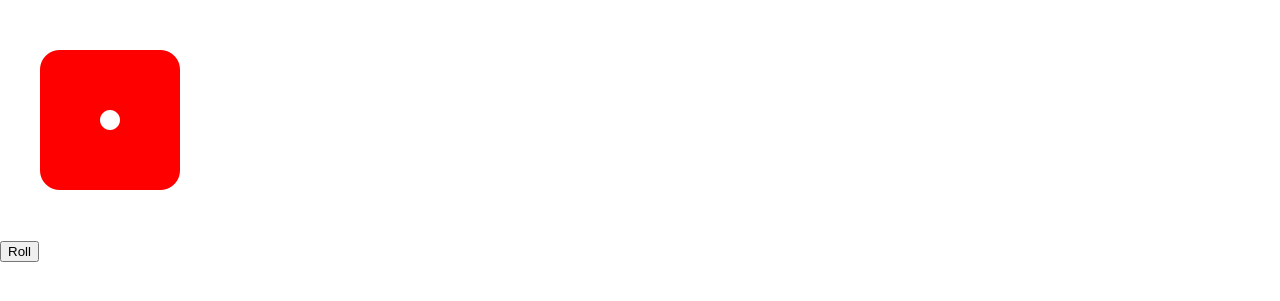
Repository: dung8466/learn-react
Page: / (app in roll-dice/)
The author's editor kept a copy of each file at every save. The page is drawn from the files as they stood at one save, then again after the next save.
The browser window is 1280 px wide. The pictures show the whole page.
The project was rebuilt for these pictures with package versions that can differ from the ones it lists, and the page was loaded fresh each time. Also part of the build but not shown: roll-dice/src/App.css, roll-dice/src/RollDice.css.

Above is the page before, as saved 2022-09-17 21:04:04.

### roll-dice/public/index.html
<!DOCTYPE html>
<html lang="en">
  <head>
    <meta charset="utf-8" />
    <link rel="icon" href="%PUBLIC_URL%/favicon.ico" />
    <meta name="viewport" content="width=device-width, initial-scale=1" />
    <meta name="theme-color" content="#000000" />
    <meta
      name="description"
      content="Web site created using create-react-app"
    />
    <link
      rel="stylesheet"
      href="https://use.fontawesome.com/releases/v5.7.0/css/all.css"
      integrity="sha384-lZN37f5QGtY3VHgisS14W3ExzMWZxybE1SJSEsQp9S+oqd12jhcu+A56Ebc1zFSJ"
      crossorigin="anonymous"
    />
    <link rel="apple-touch-icon" href="%PUBLIC_URL%/logo192.png" />
    <!--
      manifest.json provides metadata used when your web app is installed on a
      user's mobile device or desktop. See https://developers.google.com/web/fundamentals/web-app-manifest/
    -->
    <link rel="manifest" href="%PUBLIC_URL%/manifest.json" />
    <!--
      Notice the use of %PUBLIC_URL% in the tags above.
      It will be replaced with the URL of the `public` folder during the build.
      Only files inside the `public` folder can be referenced from the HTML.

      Unlike "/favicon.ico" or "favicon.ico", "%PUBLIC_URL%/favicon.ico" will
      work correctly both with client-side routing and a non-root public URL.
      Learn how to configure a non-root public URL by running `npm run build`.
    -->
    <title>React App</title>
  </head>
  <body>
    <noscript>You need to enable JavaScript to run this app.</noscript>
    <div id="root"></div>
    <!--
      This HTML file is a template.
      If you open it directly in the browser, you will see an empty page.

      You can add webfonts, meta tags, or analytics to this file.
      The build step will place the bundled scripts into the <body> tag.

      To begin the development, run `npm start` or `yarn start`.
      To create a production bundle, use `npm run build` or `yarn build`.
    -->
  </body>
</html>

### roll-dice/src/App.js
import React, {Component} from 'react';
import './App.css';
import Rolldice from './RollDice';
class App extends Component {
  render(){
  return (
    <Rolldice />
  );
}
}

export default App;

### roll-dice/src/RollDice.js
import React, {Component} from "react";
import Dice from "./Dice";
import './RollDice.css';

class Rolldice extends Component{
    static defaultProps = {
        sides : ['one' , 'two', 'three', 'four', 'five', 'six']
    }
    constructor(props){
        super(props);
        this.state = {dice1 : 'one', dice2: 'one', rolling: false};
        this.roll = this.roll.bind(this);
    };
    roll(){
        let temp1 = this.props.sides[Math.floor(Math.random() * this.props.sides.length)];
        let temp2 = this.props.sides[Math.floor(Math.random() * this.props.sides.length)];
        this.setState = {dice1 : temp1, dice2: temp2, rolling: true};
        setTimeout(() => {
            this.setState({ rolling: false });
          }, 1000);
    };
    render(){
        return(
            <div className="container">
                <div className="dice">
                    <Dice face={this.state.dice1} rolling={this.state.rolling}/>
                    <Dice dice2/>
                </div>
                <button className="btn">Roll</button>
            </div>
        );
    }
}

export default Rolldice;

### roll-dice/src/Dice.js
import React, {Component} from 'react';
import './Dice.css'

class Dice extends Component{
    render(){
        return(
            <i className={`fas fa-dice-${this.props.face} ${this.props.rolling && 'shaking'}`}></i>
        );
    }
}

export default Dice;

### roll-dice/src/Dice.css
.fas{
    font-size: 10em;
    padding: 0.25em;
    color: steelblue;
    margin: 0;
}

.fa-dice-one{
    color: red;
}

.shaking {
    animation-name: wobble;
    animation-duration: 1s;
  }

  @keyframes wobble {
    from {
      transform: translate3d(0, 0, 0);
    }

    15% {
      transform: translate3d(-25%, 0, 0) rotate3d(0, 0, 1, -5deg);
    }

    30% {
      transform: translate3d(20%, 0, 0) rotate3d(0, 0, 1, 3deg);
    }

    45% {
      transform: translate3d(-15%, 0, 0) rotate3d(0, 0, 1, -3deg);
    }

    60% {
      transform: translate3d(10%, 0, 0) rotate3d(0, 0, 1, 2deg);
    }

    75% {
      transform: translate3d(-5%, 0, 0) rotate3d(0, 0, 1, -1deg);
    }

    to {
      transform: translate3d(0, 0, 0);
    }
  }

Loaded but not shown: roll-dice/src/index.js (common file); roll-dice/src/index.css (common file); roll-dice/src/reportWebVitals.js (common file)

After the next save:
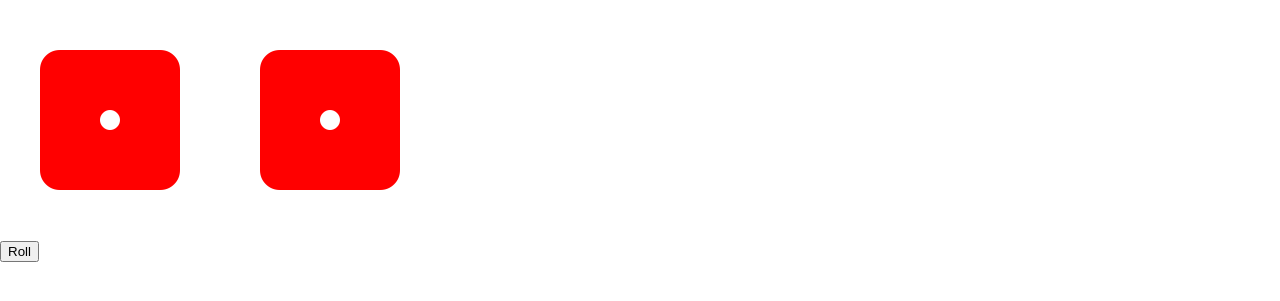
Saved 10 s later.
--- a/roll-dice/src/RollDice.js
+++ b/roll-dice/src/RollDice.js
@@ -24,7 +24,7 @@ class Rolldice extends Component{
             <div className="container">
                 <div className="dice">
                     <Dice face={this.state.dice1} rolling={this.state.rolling}/>
-                    <Dice dice2/>
+                    <Dice face={this.state.dice2} rolling={this.state.rolling}/>
                 </div>
                 <button className="btn">Roll</button>
             </div>
